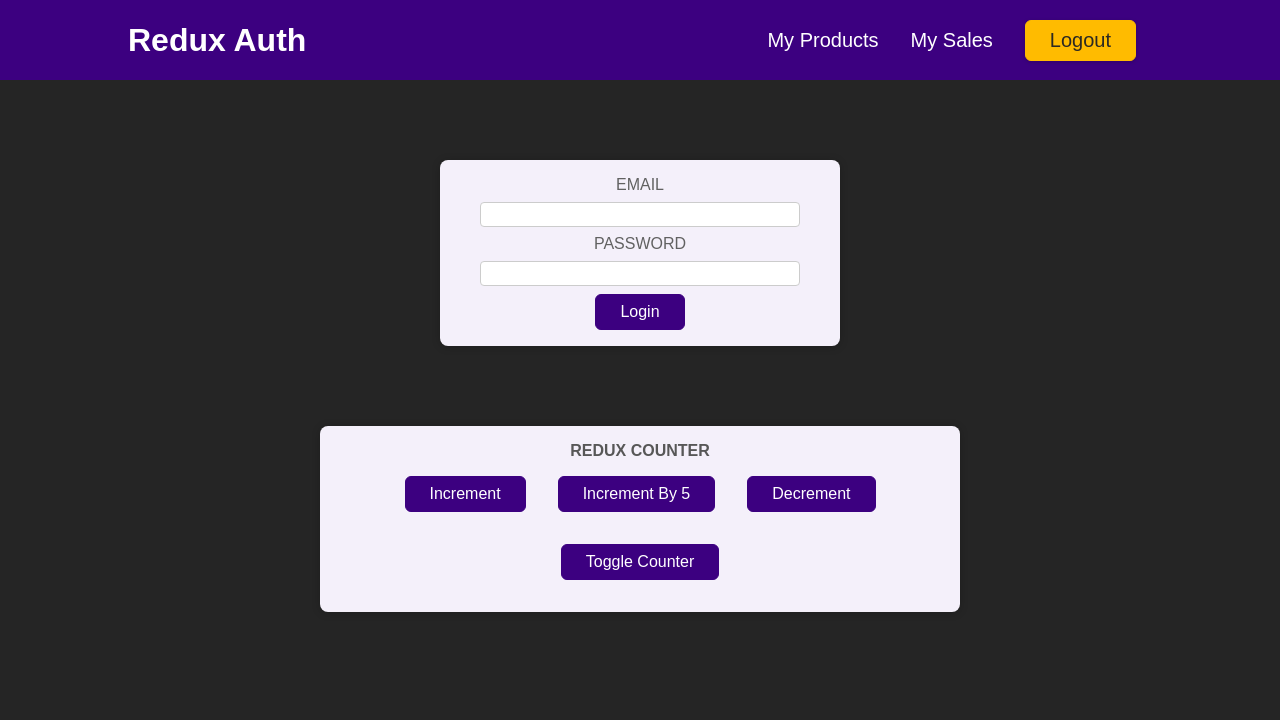
Repository: wenxi0504/11-ReactReduxProject
Page: /
The author's editor kept a copy of each file at every save. The page is drawn from the files as they stood at one save, then again after the next save.
The browser window is 1280 px wide. The pictures show the whole page.
The project was rebuilt for these pictures with package versions that can differ from the ones it lists, and the page was loaded fresh each time.

Above is the page before, as saved 2022-07-17 22:02:08.

### src/App.js
import { Fragment } from "react";
import Counter from "./components/Counter";
import Header from "./components/Header";
import Auth from "./components/Auth";

function App() {
  return (
    <Fragment>
      <Header />
      <Auth />
      <Counter />
    </Fragment>
  );
}

export default App;

### src/store/index.js
import { createStore } from "redux";
import { createSlice, configureStore } from "@reduxjs/toolkit";

const initialCounterState = { counter: 0, showCounter: true };
const counterSlice = createSlice({
  name: "counter",
  initialState: initialCounterState,
  reducers: {
    increment(state) {
      state.counter++;
    },
    decrement(state) {
      state.counter--;
    },
    increase(state, action) {
      //   state.counter = state.counter + action.amount;
      state.counter = state.counter + action.payload;
    },
    toggleCounter(state) {
      state.showCounter = !state.showCounter;
    },
  },
});
// const counterReducer = (state = initialState, action) => {
//   if (action.type === "increment") {
//     return {
//       counter: state.counter + 1,
//       showCounter: state.showCounter,
//     };
//   }

//   if (action.type === "increase") {
//     return {
//       counter: state.counter + action.amount,
//       showCounter: state.showCounter,
//     };
//   }

//   if (action.type === "decrement") {
//     return {
//       counter: state.counter - 1,
//       showCounter: state.showCounter,
//     };
//   }

//   if (action.type === "toggle") {
//     return {
//       showCounter: !state.showCounter,
//       counter: state.counter,
//     };
//   }
//   return state;
// };

const initialAuthState = {
  isAuthenticated: false,
};
const authSlice = createSlice({
  name: "authentication",
  initialState: initialAuthState,
  reducers: {
    login(state) {
      state.isAuthenticated = true;
    },
    logout(state) {
      state.isAuthenticated = false;
    },
  },
});

//-------------------------------------------------
// returns an action object of this shape:{type:'some auto-generated unique identifier'}
// counterSlice.actions.toggleCounter
// const store = createStore(counterReducer);
const store = configureStore({
  //   reducer: { counter: counterSlice.reducer },
  reducer: {
    counter: counterSlice.reducer,
    auth: authSlice.reducer,
  },
});

export const counterActions = counterSlice.actions;
export const authActions = authSlice.actions;

export default store;

### src/components/Counter.js
import { useSelector, useDispatch } from "react-redux";
import { counterActions } from "../store/index";
import classes from "./Counter.module.css";

const Counter = () => {
  //dispatch is a function
  const dispatch = useDispatch();
  //pass a function to useSelector
  const counter = useSelector((state) => state.counter);
  const show = useSelector((state) => state.showCounter);

  const incrementHandler = () => {
    // dispatch({ type: "increment" });
    dispatch(counterActions.increment());
  };

  const increaseHandler = () => {
    // dispatch({ type: "increase", amount: 5 });
    //{type:SOME_UNIQUE_IDENTIFIER,payLoad:10}
    dispatch(counterActions.increase(5));
  };
  const decrementHandler = () => {
    // dispatch({ type: "decrement" });
    dispatch(counterActions.decrement());
  };
  const toggleCounterHandler = () => {
    // dispatch({ type: "toggle" });
    dispatch(counterActions.toggleCounter());
  };

  return (
    <main className={classes.counter}>
      <h1>Redux Counter</h1>
      {show && <div className={classes.value}>{counter}</div>}
      <div>
        <button onClick={incrementHandler}>Increment</button>
        <button onClick={increaseHandler}>Increment By 5</button>
        <button onClick={decrementHandler}>Decrement</button>
      </div>
      <button onClick={toggleCounterHandler}>Toggle Counter</button>
    </main>
  );
};

export default Counter;

### src/components/Counter.module.css
.counter {
  margin: 5rem auto;
  box-shadow: 0 1px 8px rgba(0, 0, 0, 0.2);
  width: 40rem;
  border-radius: 8px;
  padding: 1rem;
  text-align: center;
  background-color: #f4f0fa;
}

.counter h1 {
  text-transform: uppercase;
  color: #575757;
  margin: 0;
  font-size: 1rem;
}

.value {
  font-size: 2rem;
  color: #3c0080;
  margin: 2rem 0;
  font-weight: bold;
}

.counter button{
  margin:1rem;

}

### src/components/Header.module.css
.header {
  width: 100%;
  height: 5rem;
  display: flex;
  justify-content: space-between;
  align-items: center;
  background-color: #3c0080;
  color: white;
  padding: 0 10%;
}

.header ul {
  display: flex;
  list-style: none;
  margin: 0;
  padding: 0;
  align-items: center;
}

.header li {
  margin: 0 1rem;
}

.header a {
  text-decoration: none;
  color: white;
  font-size: 1.25rem;
}

.header a:hover,
.header a:active {
  color: #b864da;
}

.header button {
  font-size: 1.25rem;
  background-color: #ffbb00;
  border: 1px solid #ffbb00;
  padding: 0.5rem 1.5rem;
  box-shadow: 0 1px 4px rgba(0, 0, 0, 0.2);
  color: #2c2922;
}

.header button:hover,
.header button:active {
  background-color: #ffa600;
  border-color: #ffa600;
}

Loaded but not shown: public/index.html (common file); src/index.js (common file); src/index.css (common file); src/components/Header.js (common file); src/components/Auth.js (common file); src/components/Auth.module.css (common file)

After the next save:
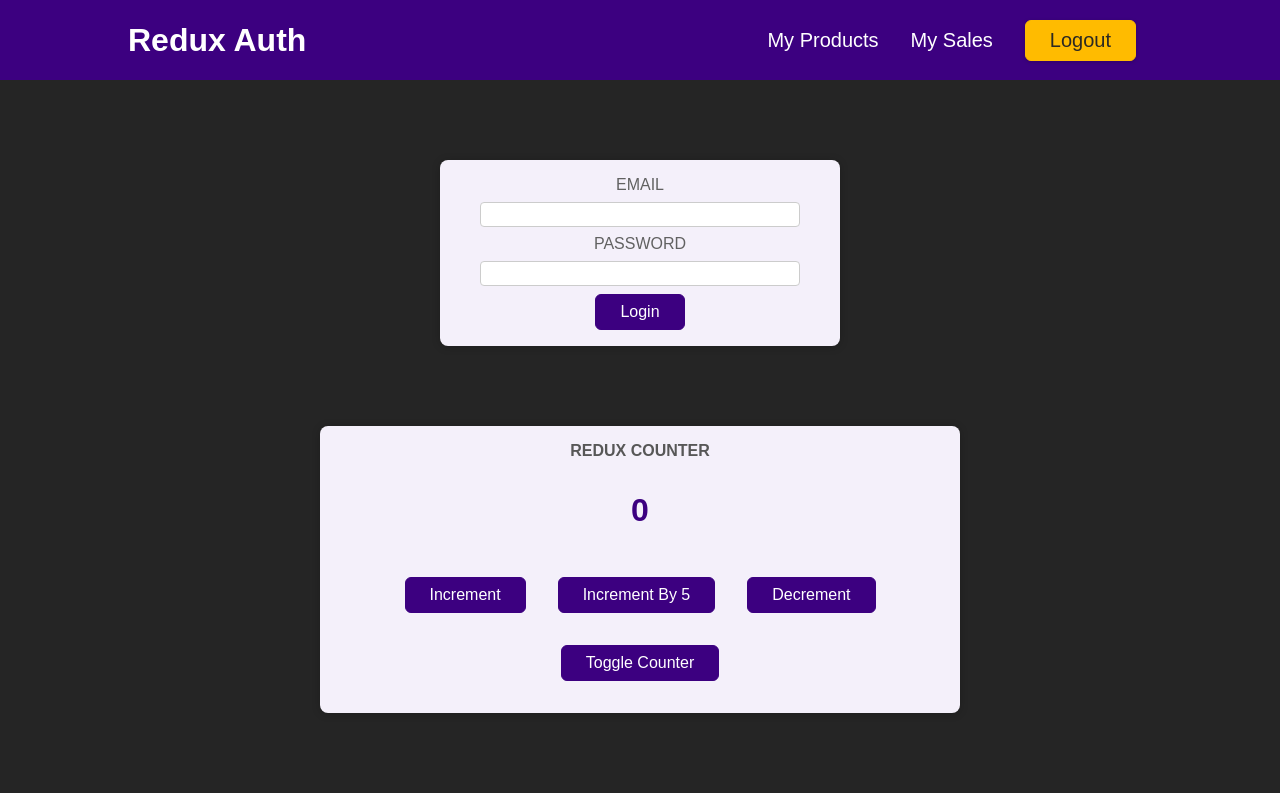
Saved 119 s later.
--- a/src/components/Counter.js
+++ b/src/components/Counter.js
@@ -6,8 +6,10 @@ const Counter = () => {
   //dispatch is a function
   const dispatch = useDispatch();
   //pass a function to useSelector
-  const counter = useSelector((state) => state.counter);
-  const show = useSelector((state) => state.showCounter);
+  // const counter = useSelector((state) => state.counter);
+  // const show = useSelector((state) => state.showCounter);
+  const counter = useSelector((state) => state.counter.counter);
+  const show = useSelector((state) => state.counter.showCounter);
 
   const incrementHandler = () => {
     // dispatch({ type: "increment" });
